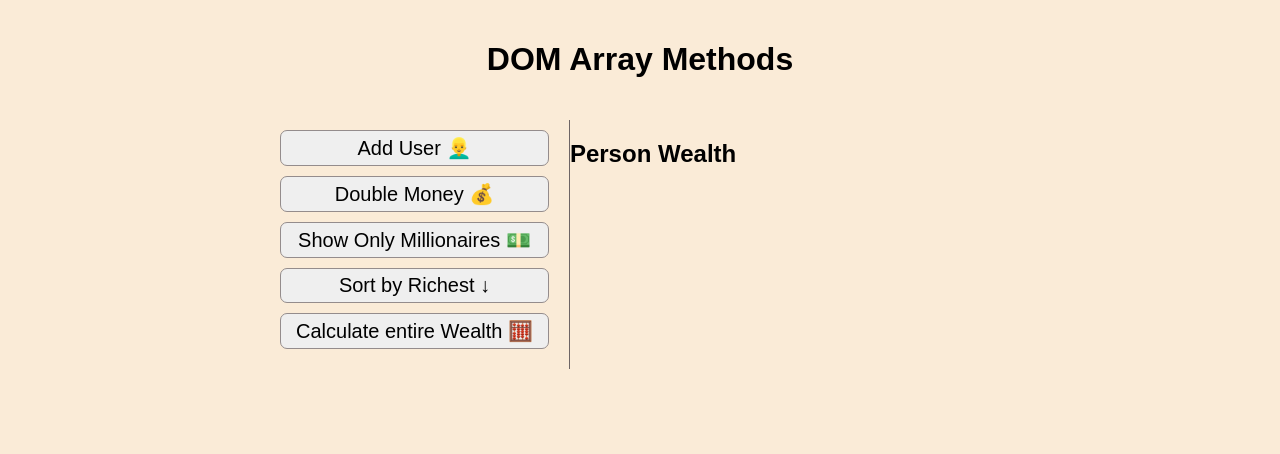
Repository: AbrorjonKuchkarov/DOM-Array-Methods
Page: index.html
These files come from the project's save history. The page is drawn as it stood at one moment and after the next save; the edit follows.
The browser window is 1280 px wide. The pictures show the whole page.

Above is the page before, as saved 2022-02-24 15:41:37.

### index.html
<!DOCTYPE html>
<html lang="en">
<head>
   <meta charset="UTF-8">
   <meta http-equiv="X-UA-Compatible" content="IE=edge">
   <meta name="viewport" content="width=device-width, initial-scale=1.0">
   <link rel="stylesheet" href="style.css">
   <title>DOM Array Methods</title>
</head>
<body>
   <h1>DOM Array Methods</h1>
      <div class="container">
         <aside class="btns">
            <button id="add-user">Add User 👱‍♂️</button>
            <button id="double">Double Money 💰</button>
            <button id="show-millionaires">Show Only Millionaires 💵</button>
            <button id="sort">Sort by Richest ↓</button>
            <button id="calculate-wealth">Calculate entire Wealth 🧮</button>
         </aside>

         <main id="main">
            <h2><strong>Person</strong> Wealth</h2>
         </main>


      </div>



   <script src="app.js"></script>
</body>
</html>

### style.css
*{
   box-sizing: border-box;
}

body{
   margin: 0;
   padding: 20px;
   display: flex;
   flex-direction: column;
   align-items: center;
   height: 100vh;
   font-family: Arial, Helvetica, sans-serif;
   background-color: antiquewhite;
}

.container{
   display: flex;
   max-width: 100%;
   width: 800px;
   padding: 20px;
   margin: 0 auto;
}

aside {
   padding: 10px 20px;
   border-right: 1px solid #6d6565;
}

button {
   display: block;
   width: 100%;
   font-size: 20px;
   margin-bottom: 10px;
   border-radius: 7px;
   outline: none;
   padding: 5px 15px;
   border: 1px solid rgb(148, 140, 140);
}

Loaded but not shown: app.js (no copy from this time; the picture is the same without it)

After the next save:
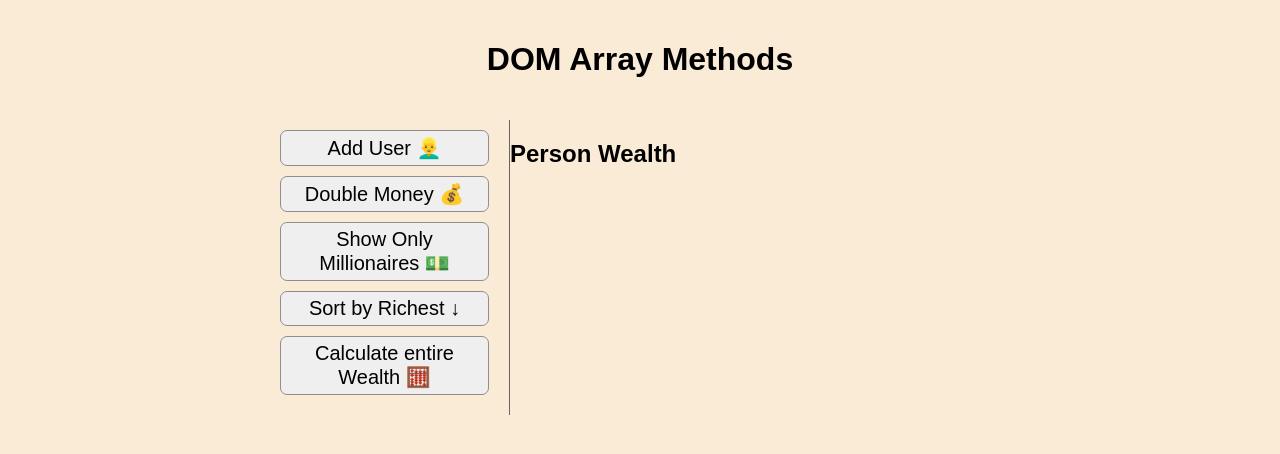
Saved 25 s later.
--- a/style.css
+++ b/style.css
@@ -24,6 +24,7 @@ body{
 aside {
    padding: 10px 20px;
    border-right: 1px solid #6d6565;
+   width: 250px;
 }
 
 button {
